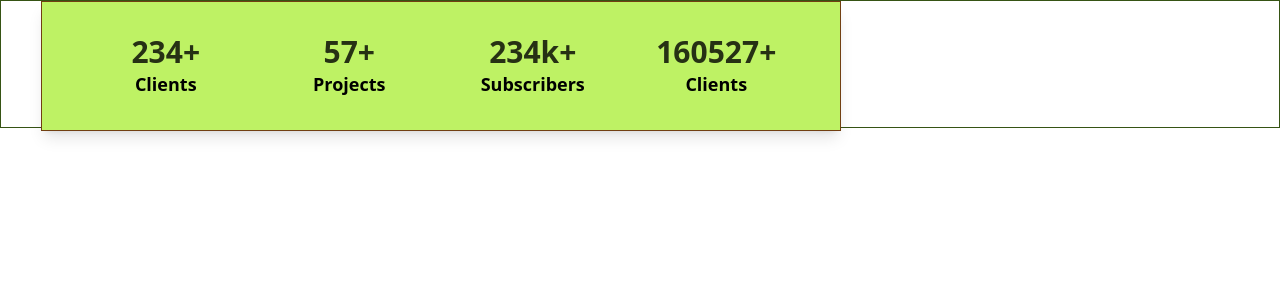
Repository: Kish202/Coz-Marketing-Site
Page: / (app in frontend/)
These files come from the project's save history. The page is drawn as it stood at one moment and after the next save; the edit follows.
The browser window is 1280 px wide. The pictures show the whole page.
The project was rebuilt for these pictures with package versions that can differ from the ones it lists, and the page was loaded fresh each time. Also part of the build but not shown: frontend/vite.config.js.

Above is the page before, as saved 2025-03-09 12:24:52.

### frontend/src/App.jsx
import { useState } from 'react'
import reactLogo from './assets/react.svg'
import viteLogo from '/vite.svg'
import './App.css'
import Service from './components/Service/Service'

function App() {
  const [count, setCount] = useState(0)

  return (


   <Service/>
  )
}

export default App

### frontend/src/components/Service/Service.jsx
import React from 'react'
import CountUp from "react-countup"

const Service =() =>{
  return (
    <section className="container h-12 md:h-32 border border-lime-900">
     <div className="grid grid-cols-4 w-full place-items-center  border border-yellow-900 bg-lime-300 p-2 shadow-lg dark:bg-violet-800 dark:text-white/70 md:max-w-[800px]  md:p-8">
    <div className="flex flex-col items-center justify-center " >



<h1 className="text-sm font-bold text-black/80 dark:text-white sm:text-lg md:text-3xl">
      <CountUp end={234} suffix="+" duration={2.75}/>

</h1>

<h1 className="sm:text-md text-xs font-bold md:text-lg">
Clients
</h1>




        </div>

        <div className="flex flex-col items-center justify-center">
  <h1 className="text-sm text-black/80 sm:text-lg md:text-3xl dark:text-white font-bold">
  <CountUp end={57} suffix="+" duratiion={2.75}/>  </h1>

    <h1 className="sm:text-md font-bold text-xs md:text-lg">
        Projects

        </h1>
            </div>

    <div className="flex flex-col items-center justify-center" >



        <h1 className="text-sm text-black/80 dark:text-white  sm:text-lg md:text-3xl font-bold">
<CountUp end={234}  suffix="k+" / >
        </h1>
<h1 className="font-bold  sm:text-md text-xs md:text-lg" >
Subscribers
</h1>


            </div>


<div className="flex flex-col items-center justify-center">
<h1 className="text-sm font-bold text-black/80 dark:text-white sm:text-lg md:text-3xl">
<CountUp start={-875.020}
end={160527.012} duration={2.75} separator="" suffix="+" />
</h1>


<h1 className="text-xs sm:text-md  font-bold md:text-lg ">
Clients
</h1>
</div>
</div>
    </section>
  )
}

export default Service

### frontend/tailwind.config.js
/** @type {import('tailwindcss').Config} */
export default {
  content: ["./index.html", "./src/**/*.{js,ts,jsx,tsx}"],
  darkMode: "class",
  theme: {
    extend: {
      screens: {
        xs: "480px",
      },
      colors: {
        primary: "#0070f3",
      },
    },

    container: {
      center: true,
      padding: {
        DEFAULT: "20px",
        md: "40px",
      },
    },
  },
  plugins: [],
};

Loaded but not shown: frontend/index.html (common file); frontend/src/main.jsx (common file); frontend/src/index.css (common file); frontend/src/App.css (common file)

After the next save:
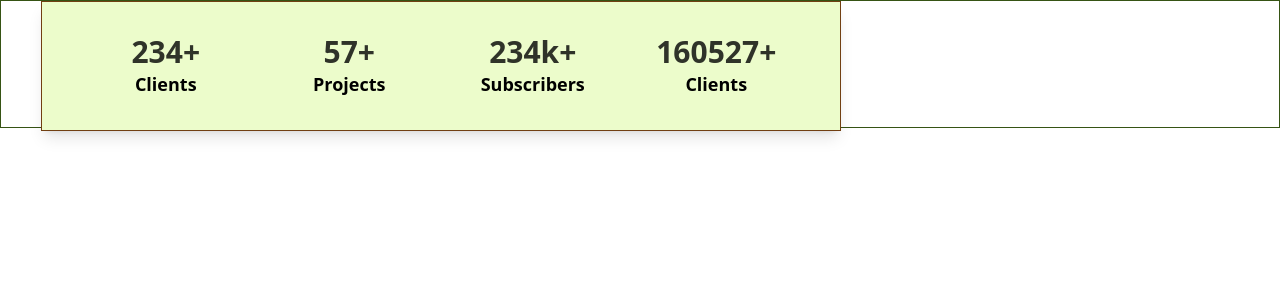
Saved 63 s later.
--- a/frontend/src/components/Service/Service.jsx
+++ b/frontend/src/components/Service/Service.jsx
@@ -4,7 +4,7 @@ import CountUp from "react-countup"
 const Service =() =>{
   return (
     <section className="container h-12 md:h-32 border border-lime-900">
-     <div className="grid grid-cols-4 w-full place-items-center  border border-yellow-900 bg-lime-300 p-2 shadow-lg dark:bg-violet-800 dark:text-white/70 md:max-w-[800px]  md:p-8">
+     <div className="grid grid-cols-4 w-full place-items-center  border border-yellow-900 bg-lime-100 p-2 shadow-lg dark:bg-violet-800 dark:text-white/70 md:max-w-[800px]  md:p-8">
     <div className="flex flex-col items-center justify-center " >
 
 
